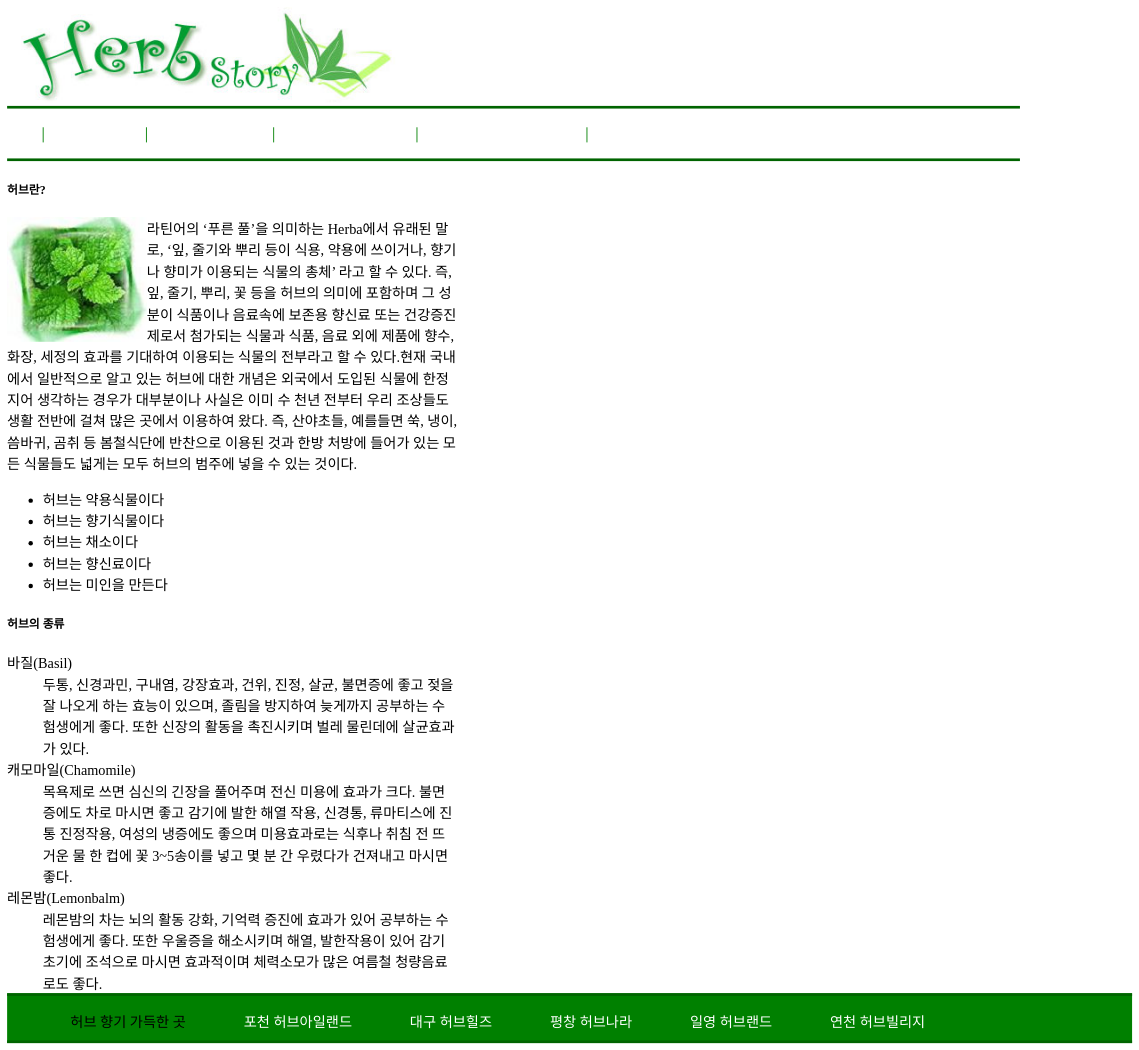
Repository: RyuJelly/java_web
Page: CSS/WebContent/exam2/layout.htm
These files come from the project's save history. The page is drawn as it stood at one moment and after the next save; the edit follows.
The browser window is 1280 px wide. The pictures show the whole page, at 89% of full size.

Above is the page before, as saved 2021-03-08 05:51:19.

### CSS/WebContent/exam2/layout.htm
<!DOCTYPE HTML PUBLIC "-//W3C//DTD HTML 4.01//EN" "http://www.w3.org/TR/html4/strict.dtd">
<html>
<head>
<title>레이아웃 연습하기</title>
<meta http-equiv="Content-Type" content="text/html; charset=UTF-8">
<style type="text/css">
	#menu{
		width: 90%;
		border-top: 3px solid darkgreen;
		border-bottom: 3px solid darkgreen;
	}

	#menu li{
		display: inline;
		border-left: 1px solid darkgreen;
		border-color: green;
		padding-left: 30px;
		margin-right: 30px;
	}
	#first{
		border-left: none;
	}

	#content1{
		width: 40%;
		/* float: left; */
		margin-right: 10%;
	}
	#content1 img{
		float: left;
	}

	#content2{
		width: 40%;
		/* float: right; */
		margin-right: 10%;
	}
	#infolist{
		border-top: 3px solid darkgreen;
		border-bottom: 3px solid darkgreen;
		height: 50px;
		background-color: green;
	}
	#infolist ul{
	}
	#infolist li{
		display: inline;
		border-left: 1px solid darkgreen;
		border-color: green;
		padding-left: 30px;
		margin-right: 30px;
	}
	#list_title{
		border-left: none;
	}
	a {
		text-decoration: none;
		color: white;
	}
</style>
</head>
<body>

<div>
	<img src="images/herblogo.jpg">
</div>

<div id="menu">
 <ul>
  <li id="first"><a href="#">허브란?</a></li>
  <li><a href="#">허브의 종류</a></li>
  <li><a href="#">허브 키우는 법</a></li>
  <li><a href="#">직접 만드는 허브차</a></li>
  <li><a href="#">허브, 이렇게 활용하세요</a></li>
 </ul>
</div>

<div id="content1">
 <h5>허브란? </h5>
 <img src="images/balm.jpg" id="balm">
 <p>라틴어의 ‘푸른 풀’을 의미하는 Herba에서 유래된 말로, ‘잎, 줄기와 뿌리 등이 식용, 약용에 쓰이거나, 향기나 향미가 이용되는 식물의 총체’ 라고 할 수 있다. 즉, 잎, 줄기, 뿌리, 꽃 등을 허브의 의미에 포함하며 그 성분이 식품이나 음료속에 보존용 향신료 또는 건강증진제로서 첨가되는 식물과 식품, 음료 외에 제품에 향수, 화장, 세정의 효과를 기대하여 이용되는 식물의 전부라고 할 수 있다.현재 국내에서 일반적으로 알고 있는 허브에 대한 개념은 외국에서 도입된 식물에 한정지어 생각하는 경우가 대부분이나 사실은 이미 수 천년 전부터 우리 조상들도 생활 전반에 걸쳐 많은 곳에서 이용하여 왔다. 즉, 산야초들, 예를들면 쑥, 냉이, 씀바귀, 곰취 등 봄철식단에 반찬으로 이용된 것과 한방 처방에 들어가 있는 모든 식물들도 넓게는 모두 허브의 범주에 넣을 수 있는 것이다.</p>
 <ul>
  <li>허브는 약용식물이다</li>
  <li>허브는 향기식물이다</li>
  <li>허브는 채소이다</li>
  <li>허브는 향신료이다</li>
  <li>허브는 미인을 만든다</li>
 </ul>
</div>

<div id="content2">
 <h5>허브의 종류</h5>
 <dt>바질(Basil)</dt>
  <dd>두통, 신경과민, 구내염, 강장효과, 건위, 진정, 살균, 불면증에 좋고 젖을 잘 나오게 하는 효능이 있으며, 졸림을 방지하여 늦게까지 공부하는 수험생에게 좋다. 또한 신장의 활동을 촉진시키며 벌레 물린데에 살균효과가 있다.</dd>
 <dt>캐모마일(Chamomile)</dt>
  <dd>목욕제로 쓰면 심신의 긴장을 풀어주며 전신 미용에 효과가 크다. 불면증에도 차로 마시면 좋고 감기에 발한 해열 작용, 신경통, 류마티스에 진통 진정작용, 여성의 냉증에도 좋으며 미용효과로는 식후나 취침 전 뜨거운 물 한 컵에 꽃 3~5송이를 넣고 몇 분 간 우렸다가 건져내고 마시면 좋다.</dd>
 <dt>레몬밤(Lemonbalm)</dt>
  <dd>레몬밤의 차는 뇌의 활동 강화, 기억력 증진에 효과가 있어 공부하는 수험생에게 좋다. 또한 우울증을 해소시키며 해열, 발한작용이 있어 감기 초기에 조석으로 마시면 효과적이며 체력소모가 많은 여름철 청량음료로도 좋다.</dd>
</div>

<div id="infolist">
 <ul>
  <li id="list_title">허브 향기 가득한 곳</li>
  <li><a href="http://www.herbisland.net/" target="_blank">포천 허브아일랜드</a></li>
  <li><a href="http://www.herbhillz.com/" target="_blank">대구 허브힐즈</a></li>
  <li><a href="http://www.herbnara.com/" target="_blank">평창 허브나라</a></li>
  <li><a href="http://www.iyherbland.co.kr/" target="_blank">일영 허브랜드</a></li>
  <li><a href="http://www.herbvillage.co.kr/" target="_blank">연천 허브빌리지</a></li>
 </ul>
</div>
</body>
</html>

After the next save:
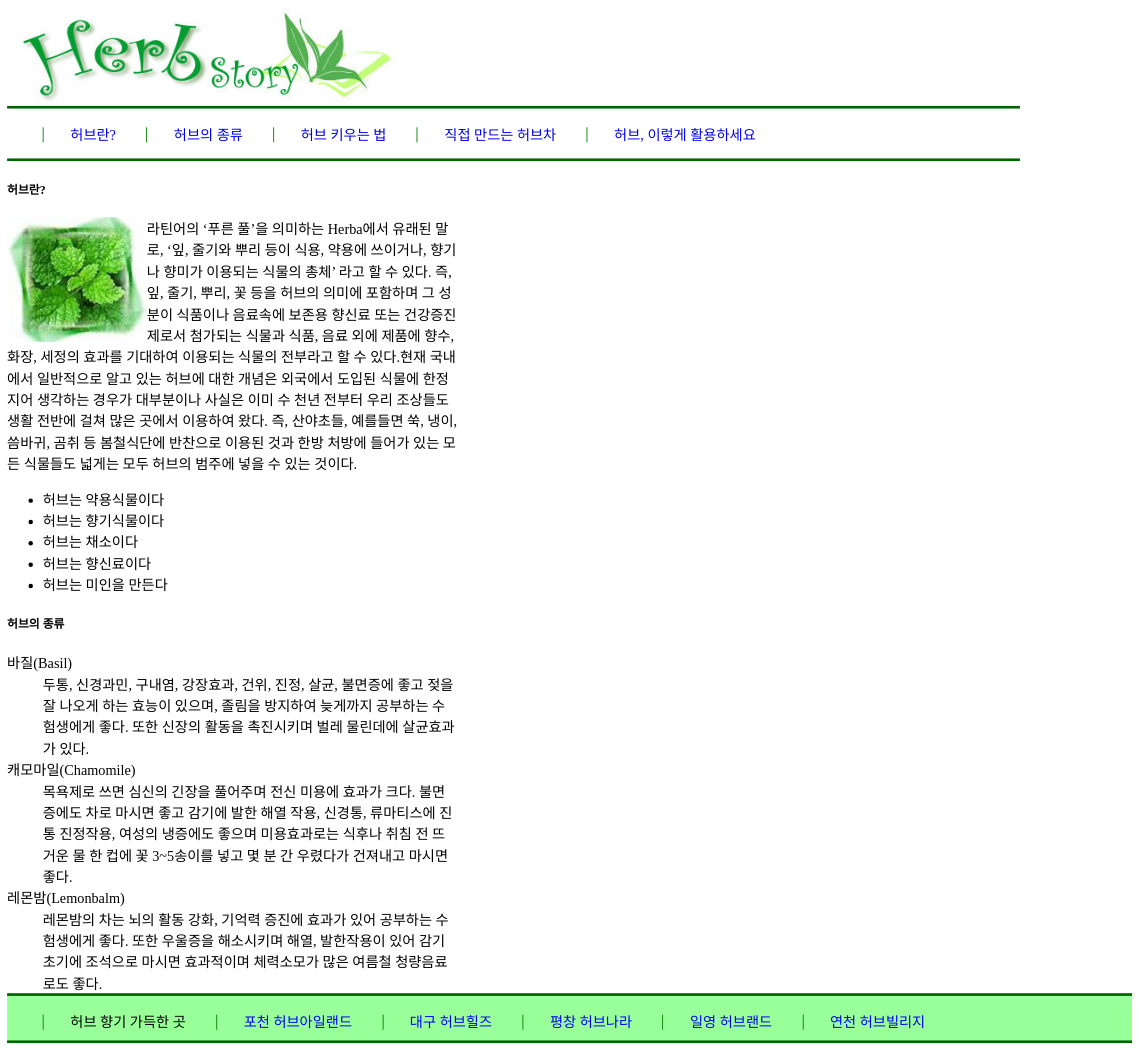
Saved 50 s later.
--- a/CSS/WebContent/exam2/layout.htm
+++ b/CSS/WebContent/exam2/layout.htm
@@ -39,7 +39,7 @@
 		border-top: 3px solid darkgreen;
 		border-bottom: 3px solid darkgreen;
 		height: 50px;
-		background-color: green;
+		background-color: #99ff99;
 	}
 	#infolist ul{
 	}
@@ -55,7 +55,6 @@
 	}
 	a {
 		text-decoration: none;
-		color: white;
 	}
 </style>
 </head>
